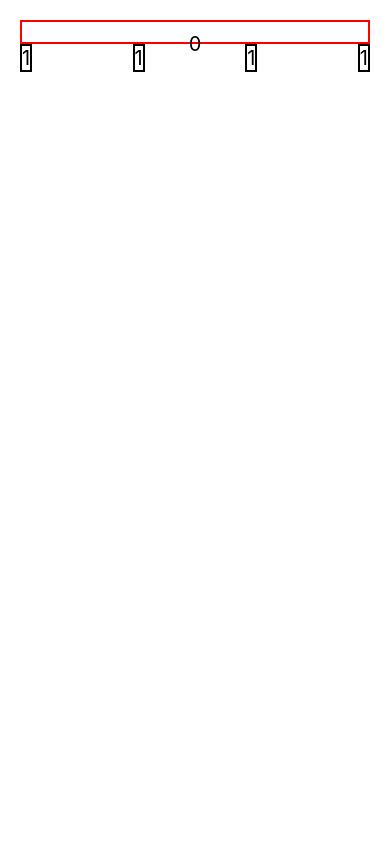
Repository: jeanphael/MyAppReact
Screen: /
An editor plug-in stored every save of this project. The screen is shown before and after the next save, followed by the edit.
The app was drawn by React Native's web renderer in a window 390 px wide. The project was rebuilt for these pictures with package versions that can differ from the ones it lists, and the page was loaded fresh each time. Some packages were replaced by stand-ins written for this rebuild.

Above is the screen before, as saved 2021-10-14 10:36:00.

### App.js
import React from 'react';
import { StyleSheet, Text, TouchableOpacity, View } from 'react-native';

export default class App extends React.Component {

  constructor(props) {
    super(props)

    //this.updateUserType = this.updateUserType.bind(this)
    this.state = {
      calculResult: 0,
    }
  }
  render() {
    return (
      <View style={{ margin: 20 }}>
        <View style={{ height: '30%', fontSize: 20, borderColor: 'red', borderWidth: 2, padding: 10 }}>
          <Text style={{ fontSize: 20, alignSelf: 'center' }}>
            {this.state.calculResult}
          </Text>
        </View>

        <View style={{ flexDirection: 'row', justifyContent: 'space-between' }}>
          <TouchableOpacity style={{borderColor:'grew',borderWidth:2}}>

            <Text style={{ fontSize: 20, alignSelf: 'center' }}>
              1
            </Text>
          </TouchableOpacity>
          <TouchableOpacity style={{borderColor:'grew',borderWidth:2}}>

            <Text style={{ fontSize: 20, alignSelf: 'center' }}>
              1
            </Text>
          </TouchableOpacity>
          <TouchableOpacity style={{borderColor:'grew',borderWidth:2}}>

            <Text style={{ fontSize: 20, alignSelf: 'center' }}>
              1
            </Text>
          </TouchableOpacity>
          <TouchableOpacity style={{borderColor:'grew',borderWidth:2}}>

            <Text style={{ fontSize: 20, alignSelf: 'center' }}>
              1
            </Text>
          </TouchableOpacity>
        </View>
      </View>

    )
  }
}

Loaded but not shown: index.js (common file)

After the next save:
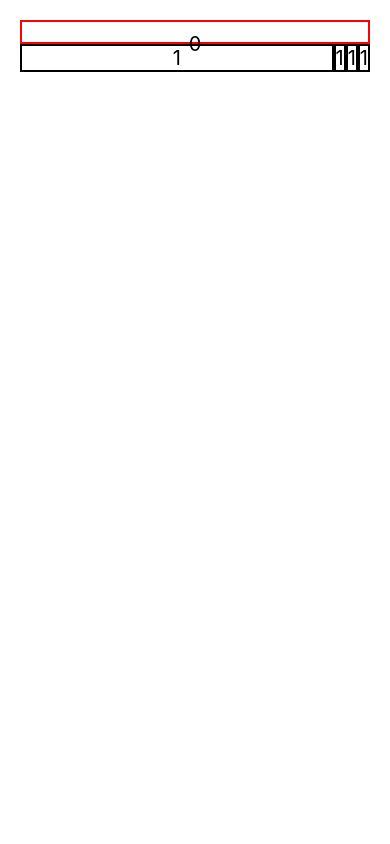
Saved 24 s later.
--- a/App.js
+++ b/App.js
@@ -21,7 +21,7 @@ export default class App extends React.Component {
         </View>
 
         <View style={{ flexDirection: 'row', justifyContent: 'space-between' }}>
-          <TouchableOpacity style={{borderColor:'grew',borderWidth:2}}>
+          <TouchableOpacity style={{borderColor:'grew',borderWidth:2,flex:1}}>
 
             <Text style={{ fontSize: 20, alignSelf: 'center' }}>
               1
